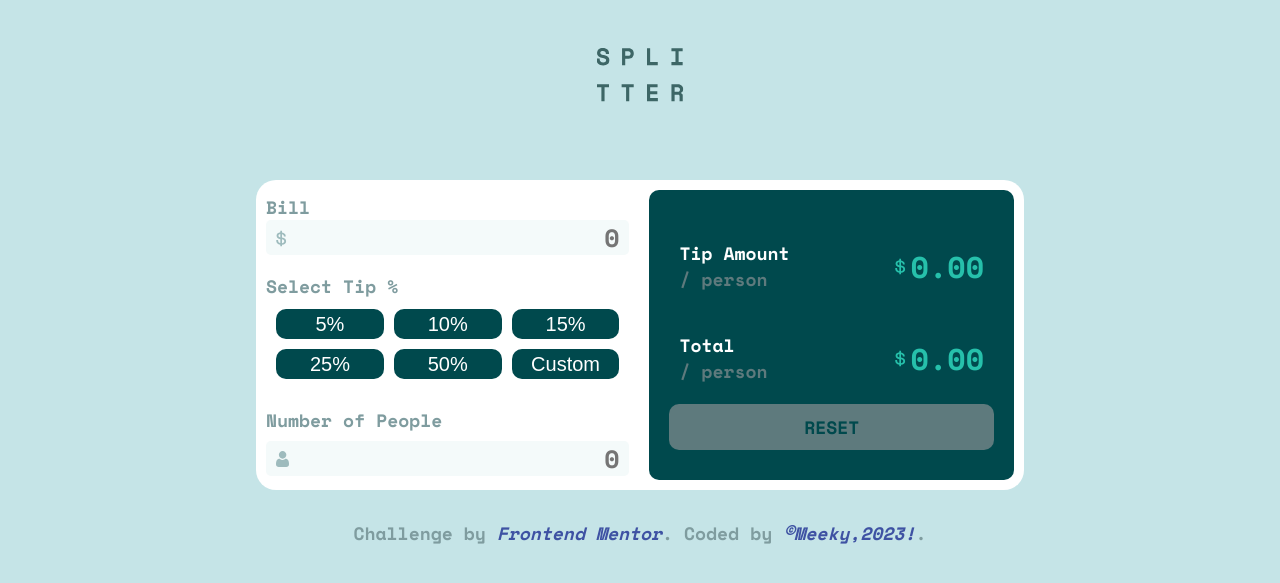
Repository: MeekyBerry/Frontend-Mentor-Challenges
Page: tip-calculator-app/index.html
The author's editor kept a copy of each file at every save. The page is drawn from the files as they stood at one save, then again after the next save.
The browser window is 1280 px wide. The pictures show the whole page.

Above is the page before, as saved 2023-04-05 17:05:58.

After the next save:
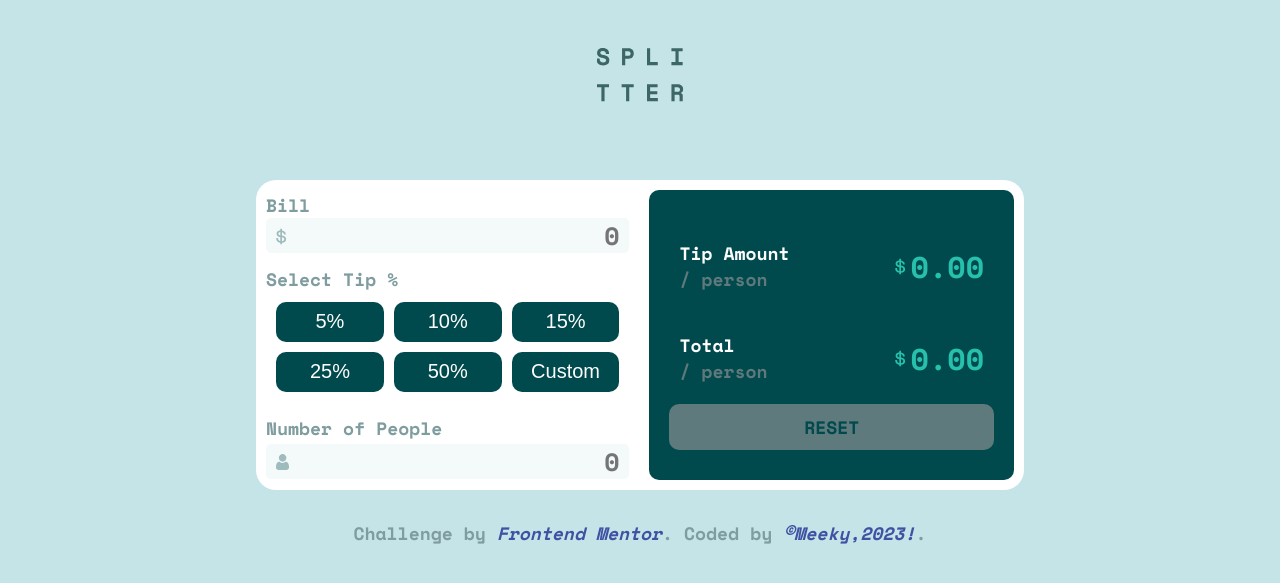
Saved 7 s later.
--- a/tip-calculator-app/css/style.css
+++ b/tip-calculator-app/css/style.css
@@ -141,7 +141,7 @@ input[type="number"] {
   border: none;
   font-size: 2rem;
   width: 100%;
-  height: 3rem;
+  height: 4rem;
 }
 
 .percent:active {
